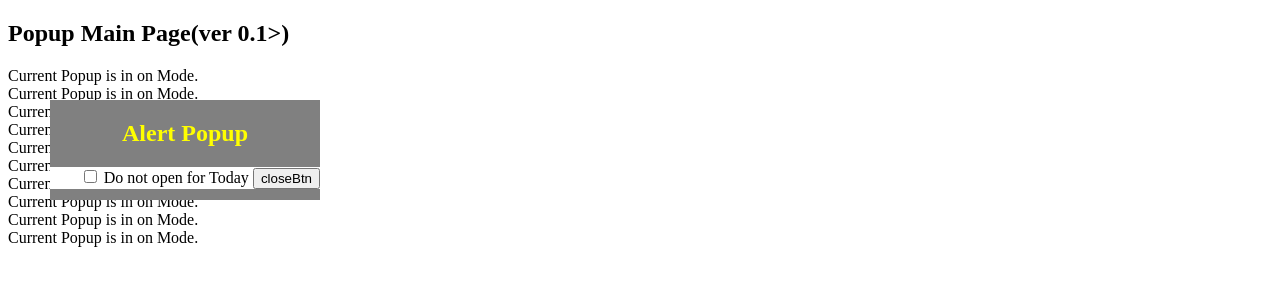
Repository: Jadedvst/Java_JSP-Servlet
Page: http://localhost/MustHaveJSP/04Cookie/PopupMain_0.1.jsp
These files come from the project's save history. The page is drawn as it stood at one moment and after the next save; the edit follows.
The browser window is 1280 px wide. The pictures show the whole page.
The page is served by Tomcat 10.

Above is the page before, as saved 2023-12-13 01:54:52.

After the next save:
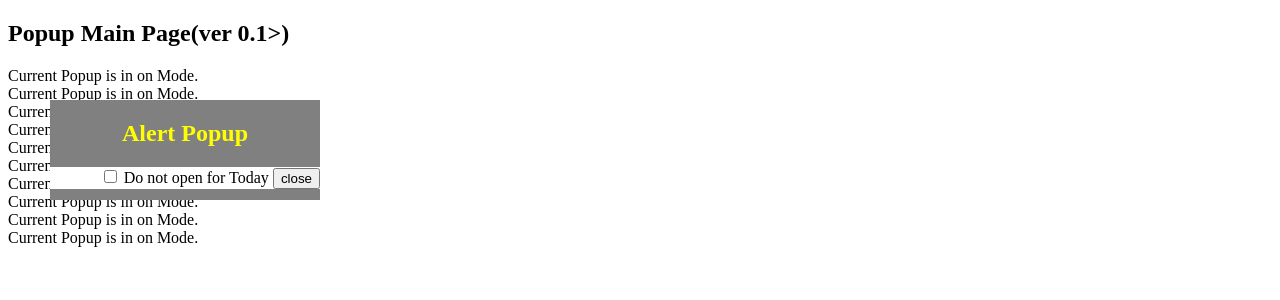
Saved 84 s later.
--- a/MustHaveJSP/src/main/webapp/04Cookie/PopupMain_0.1.jsp
+++ b/MustHaveJSP/src/main/webapp/04Cookie/PopupMain_0.1.jsp
@@ -40,7 +40,7 @@
 		<div align="right"><form name="popFrm">
 			<input type="checkbox" id="inactiveToday" value="1"/>
 			Do not open for Today
-			<input type="button" id="close" value="closeBtn"/>
+			<input type="button" id="closeBtn" value="close"/>
 		</form></div>
 	</div>
 <%
